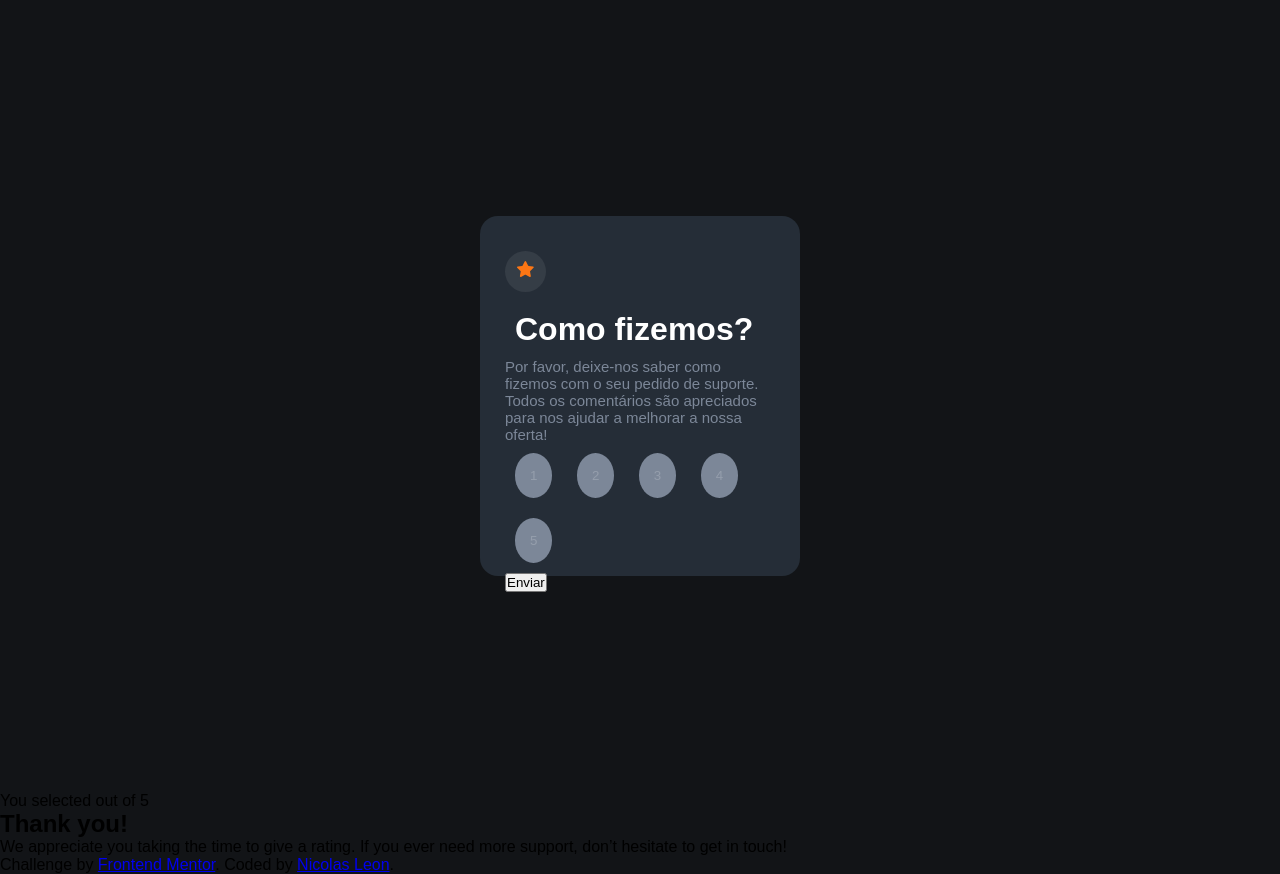
Repository: Leonngc/projeto-avaliacao
Page: index.html
An editor plug-in stored every save of this project. The page is shown before and after a run of saves, followed by the edit.
The browser window is 1280 px wide. The pictures show the whole page.
Some web fonts or font styles are not loaded; a fallback is used.

Above is the page before, as saved 2023-01-25 23:34:53.

After the next 2 saves:
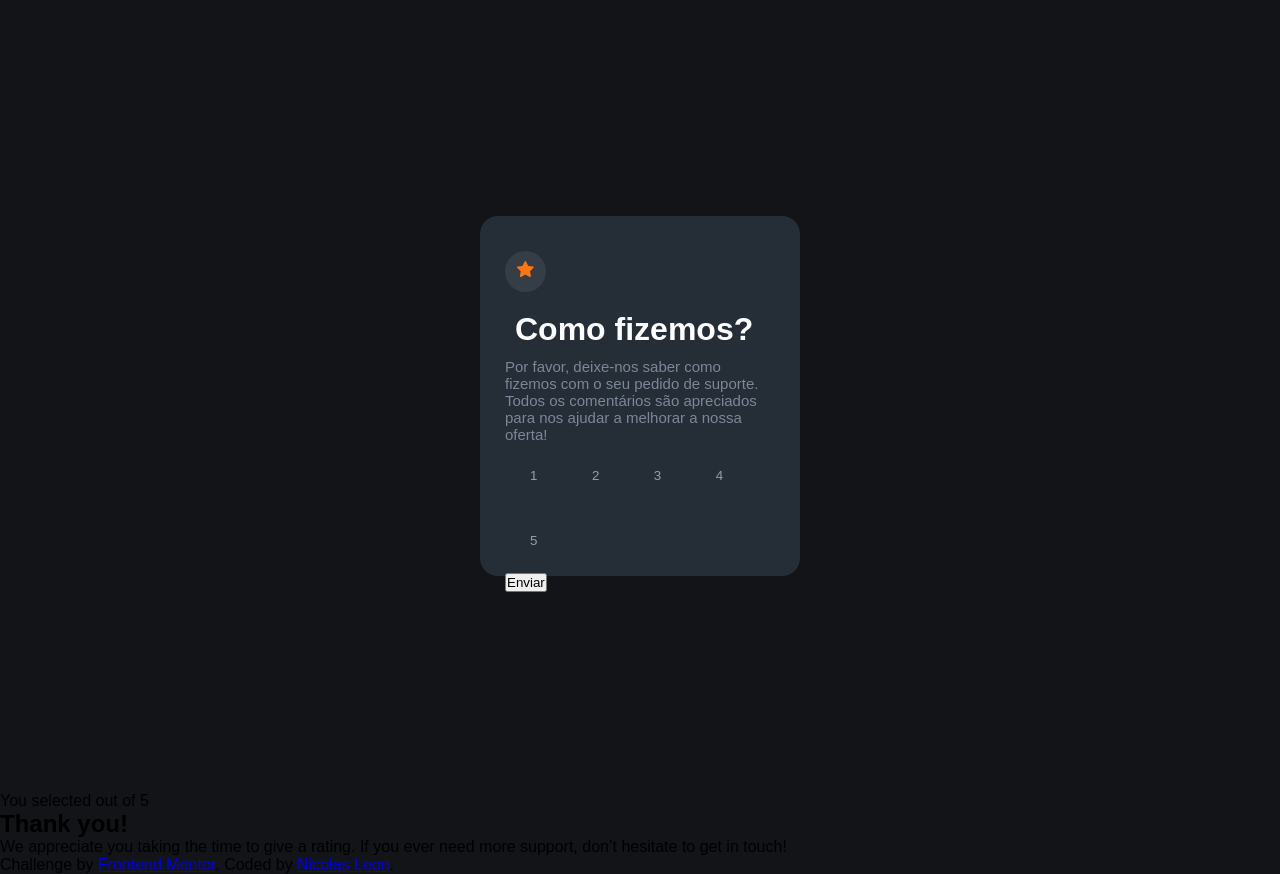
The 2 saves are shown as one change because they came seconds apart.
The last was saved 12 s later.
--- a/styles/style.css
+++ b/styles/style.css
@@ -52,6 +52,6 @@ span > img{
     border-radius: 50%;
     padding: 15px;
     border: none;
-    background-color: var(--medium-grey);
+    background-color: var(--dark-blue);
     color: var(--light-grey);
 }
